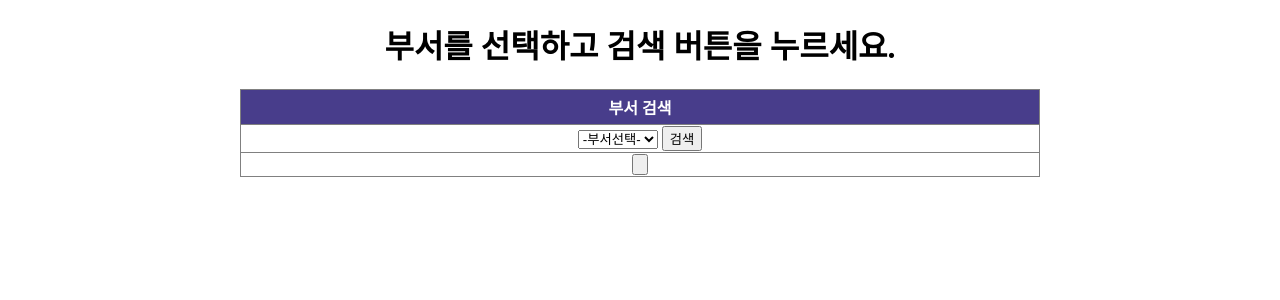
Repository: jongmin0919/soldesk_project
Page: http://localhost/chapter16_search/inputDept.jsp
These files come from the project's save history. The page is drawn as it stood at one moment and after the next save; the edit follows.
The browser window is 1280 px wide. The pictures show the whole page.
The page is served by Tomcat 9.

Above is the page before, as saved 2024-08-14 15:59:09.

After the next save:
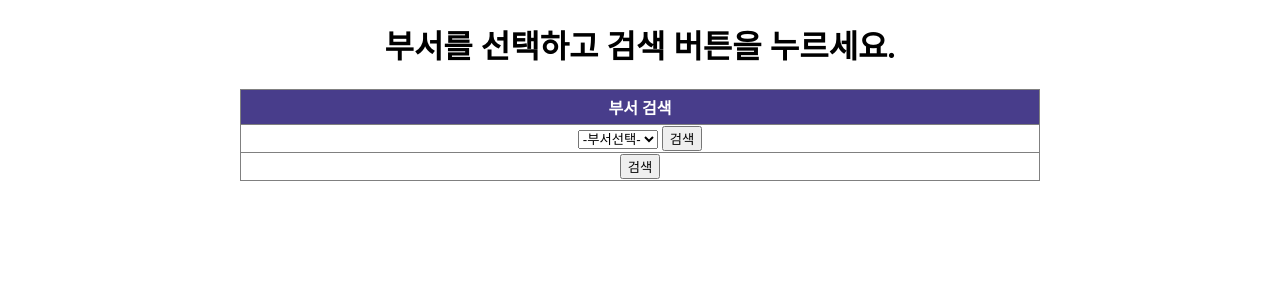
Saved 12 s later.
--- a/searching_project/chapter16_search/WebContent/inputDept.jsp
+++ b/searching_project/chapter16_search/WebContent/inputDept.jsp
@@ -55,7 +55,7 @@
 				</tr>
 				<tr>
 					<td>
-						<input type = "button">
+						<input type = "button" value = "검색">
 					</td>
 				</tr>
 			</table>
